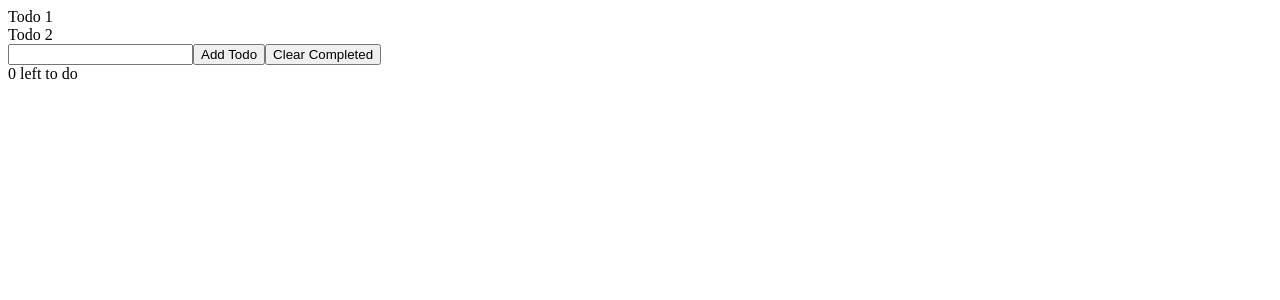
Repository: Hyperion72R/React-concepts
Page: /
An editor plug-in stored every save of this project. The page is shown before and after the next save, followed by the edit.
The browser window is 1280 px wide. The pictures show the whole page.
The project was rebuilt for these pictures with package versions that can differ from the ones it lists, and the page was loaded fresh each time.

Above is the page before, as saved 2021-07-17 12:54:46.

After the next save:
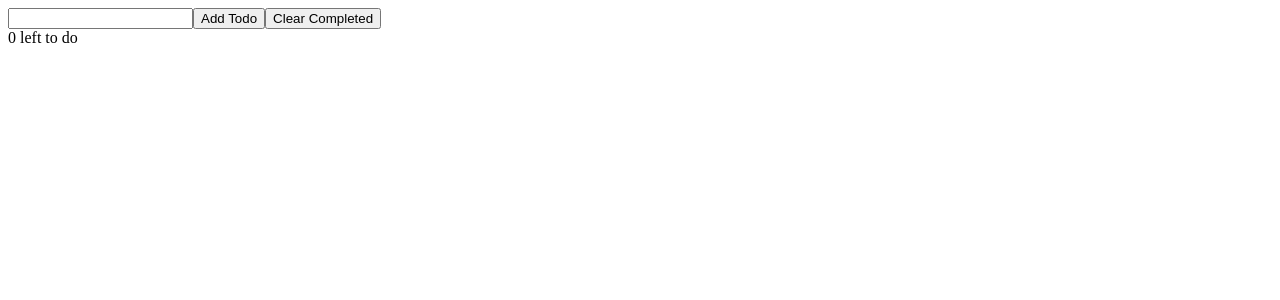
Saved 4 min 31 s later.
--- a/src/TodoList.js
+++ b/src/TodoList.js
@@ -1,12 +1,18 @@
 import React from "react";
+import Todo from "./Todo";
 
 export default function TodoList({ todoList }) {
   return (
     // <div>Lorem ipsum dolor sit amet consectetur adipisicing.{todoList}</div>
+
     // <div>{todoList.length}</div>
 
-    todoList.map((item) => {
-      return <div>{item}</div>;
+    // todoList.map((item) => {
+    //   return <div>{item}</div>;
+    // })
+
+    todoList.map((todo) => {
+      return <Todo todo={todo} />;
     })
   );
 }

After the save that followed:
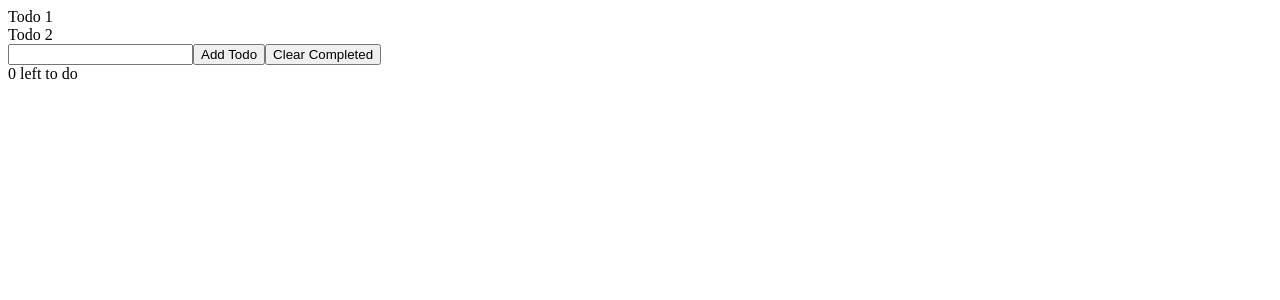
Saved 31 s later.
--- a/src/Todo.js
+++ b/src/Todo.js
@@ -1,5 +1,5 @@
 import React from "react";
 
-export default function Todo({ todoList }) {
-  return <div></div>;
+export default function Todo({ todo }) {
+  return <div>{todo}</div>;
 }
